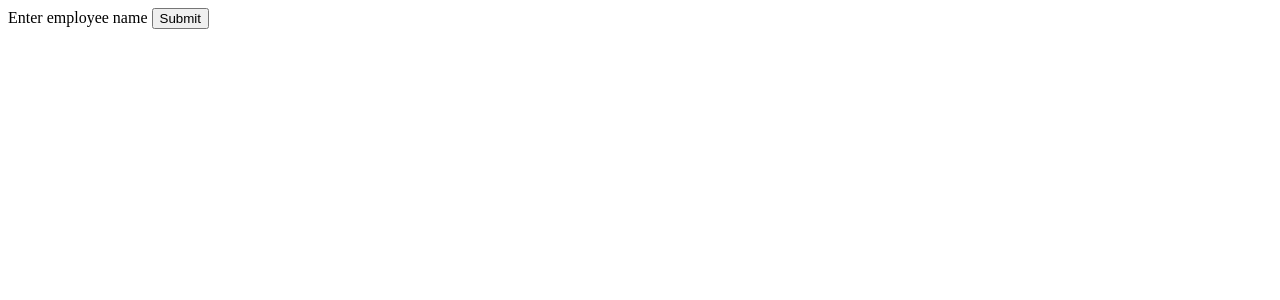
Repository: RushikeshChendake/Crud-Application
Page: Servlet_JSP-Crude/WebContent/insert.html
The author's editor kept a copy of each file at every save. The page is drawn from the files as they stood at one save, then again after the next save.
The browser window is 1280 px wide. The pictures show the whole page.

Above is the page before, as saved 2022-12-26 05:22:22.

After the next save:
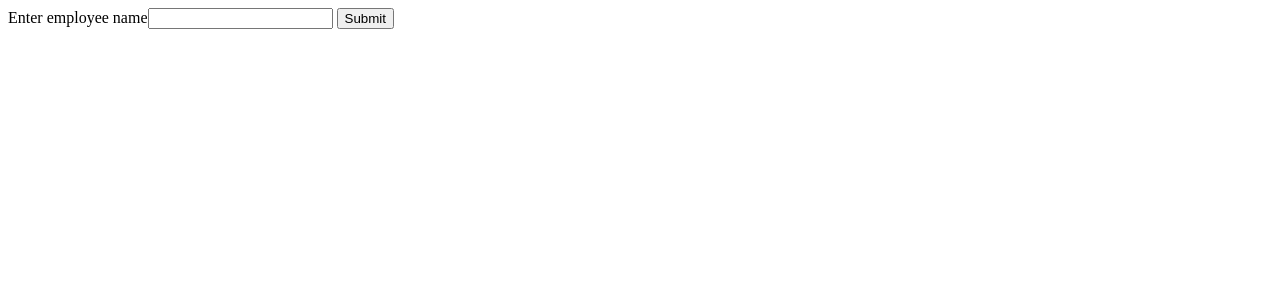
Saved 107 s later.
--- a/Servlet_JSP-Crude/WebContent/insert.html
+++ b/Servlet_JSP-Crude/WebContent/insert.html
@@ -6,7 +6,7 @@
 </head>
 <body>
 <form action="insert" method="post">
-Enter employee name<input="text" name="empname">
+Enter employee name<input type="text" name="empname">
 <input type ="submit">
 </form>
 </body>
